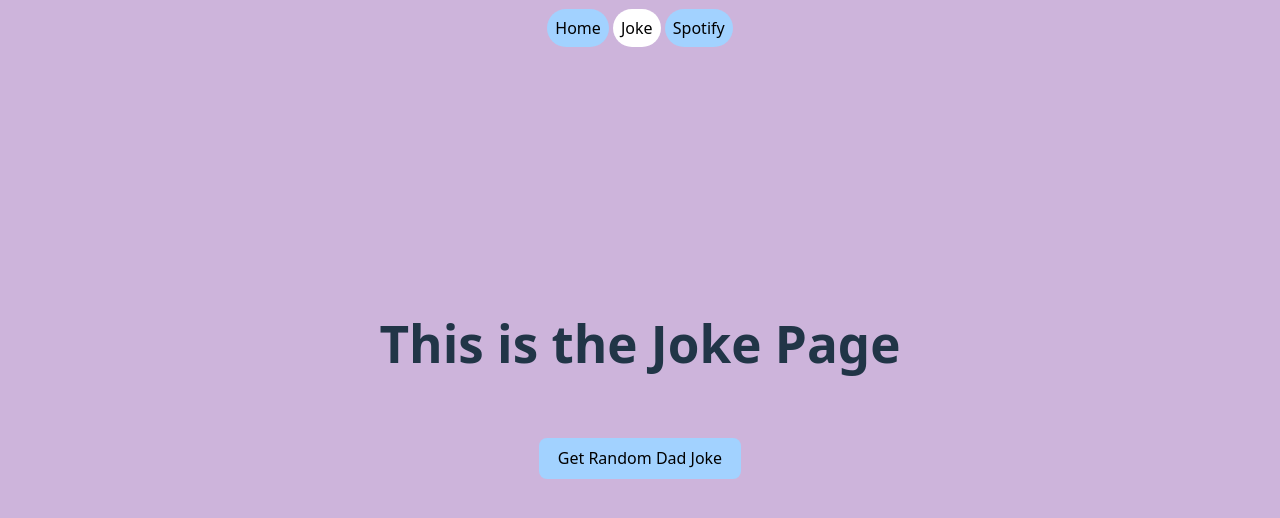
Repository: rosieomusic/spotify-react
Page: /joke
These files come from the project's save history. The page is drawn as it stood at one moment and after the next save; the edit follows.
The browser window is 1280 px wide. The pictures show the whole page.
The page's requests for data from a server got no answer. The project was rebuilt for these pictures with package versions that can differ from the ones it lists, and the page was loaded fresh each time. No one was signed in, and anything a server would have sent is missing. Also part of the build but not shown: vite.config.js, src/pages/HomePage.jsx, src/services/SpotifyService.js, src/components/AlbumComponent.jsx, src/pages/SpotifyPage.jsx.

Above is the page before, as saved 2025-05-09 19:21:06.

### index.html
<!DOCTYPE html>
<html lang="en">
	<head>
		<meta charset="UTF-8" />
		<link
			rel="icon"
			type="image/svg+xml"
			href="/vite.svg"
		/>
		<meta
			name="viewport"
			content="width=device-width, initial-scale=1.0"
		/>
		<title>Joke and Spotify API</title>
	</head>
	<body>
		<div id="root"></div>
		<script
			type="module"
			src="/src/main.jsx"
		></script>
	</body>
</html>

### src/index.css
:root {
	font-family: system-ui, Avenir, Helvetica, Arial, sans-serif;
	line-height: 1.5;
	font-weight: 400;

	color: black;
	background-color: white;

	font-synthesis: none;
	text-rendering: optimizeLegibility;
	-webkit-font-smoothing: antialiased;
	-moz-osx-font-smoothing: grayscale;
}

a {
	font-weight: 500;
	color: #646cff;
	text-decoration: inherit;
}
a:hover {
	color: #535bf2;
}

h1 {
	font-size: 3.2em;
	line-height: 1.1;
}

button {
	border-radius: 8px;
	border: 1px solid black;
	padding: 0.6em 1.2em;
	font-size: 1em;
	font-weight: 500;
	font-family: inherit;
	background-color: white;
	cursor: pointer;
	transition: border-color 0.25s;
}
button:hover {
	border-color: #646cff;
}
button:focus,
button:focus-visible {
	outline: 4px auto -webkit-focus-ring-color;
}

@media (prefers-color-scheme: light) {
	:root {
		color: #213547;
		background-color: #ffffff;
	}
	a:hover {
		color: #747bff;
	}
	button {
		background-color: #f9f9f9;
	}
}

### src/App.jsx
import './App.css';
import { BrowserRouter, Routes, Link, Route, NavLink } from 'react-router-dom';
import HomePage from './pages/HomePage';
import SpotifyPage from './pages/SpotifyPage';
import JokePage from './pages/JokePage';

function App() {
	return (
		<BrowserRouter>
			<div id='app-container'>
				<nav>
					<NavLink
						to='/'
						className={({ isActive }) =>
							isActive ? 'nav-link active' : 'nav-link'
						}
					>
						Home
					</NavLink>{' '}
					<NavLink
						to='/joke'
						className={({ isActive }) =>
							isActive ? 'nav-link active' : 'nav-link'
						}
					>
						Joke
					</NavLink>{' '}
					<NavLink
						to='/spotify'
						className={({ isActive }) =>
							isActive ? 'nav-link active' : 'nav-link'
						}
					>
						Spotify
					</NavLink>
				</nav>

				<main>
					<Routes>
						<Route
							path='/'
							element={<HomePage />}
						/>
						<Route
							path='/joke'
							element={<JokePage />}
						/>
						<Route
							path='/spotify'
							element={<SpotifyPage />}
						/>
					</Routes>
				</main>
			</div>
		</BrowserRouter>
	);
}

export default App;

### src/App.css
html,
body {
	height: 100%;
	margin: 0;
	padding: 0;
}
#app-container {
	display: flex;
	flex-direction: column;
	min-height: 100dvh;
}

#root {
	max-width: 1280px;
	margin: 0;
	height: 100dvh;
	display: flex;
	justify-content: center;
	align-items: center;
	text-align: center;
}
body {
	background-color: #cdb4db;
}

button {
	background-color: #a2d2ff;
	border: none;
}
h1,
p {
	justify-self: center;
	text-align: center;
	align-self: center;
}

nav {
	text-align: center;
	margin-top: 1rem;
}
a {
	text-decoration: none;
	color: black;
	background-color: #a2d2ff;
	border-radius: 30px;
	padding: 0.5em;
}
.nav-link.active {
	text-decoration: none;
	background-color: white;
	color: black;
}
.nav-link:hover {
	text-decoration: none;
	color: #a2d2ff;
	background-color: black;
}
main {
	flex-grow: 1;
	display: flex;
	flex-direction: column;
	justify-content: center;
	align-items: center;
	text-align: center;
	padding: 1rem;
}

### src/pages/JokePage.jsx
import React from 'react';
import JokeService from '../services/JokeService.js';
import { useEffect, useState } from 'react';

function JokePage() {
	const [joke, setJoke] = useState(null);

	function getJoke() {
		JokeService.getRandomJoke().then((response) => {
			//console.log(response);
			setJoke(response.data);
		});
	}
	useEffect(() => {
		getJoke();
	}, []); //empty array means call on initialization

	return (
		<>
			<h1>This is the Joke Page</h1>
			<p>{joke} </p>
			<button onClick={getJoke}>Get Random Dad Joke</button>
		</>
	);
}

export default JokePage;

### src/services/JokeService.js
import axios from 'axios';

const http = axios.create({
	baseURL: 'https://icanhazdadjoke.com',
});

const header = {
	headers: {
		Accept: 'text/plain',
	},
};

export default {
	getRandomJoke() {
		return http.get('', header);
	},
};

Loaded but not shown: src/main.jsx (common file)

After the next save:
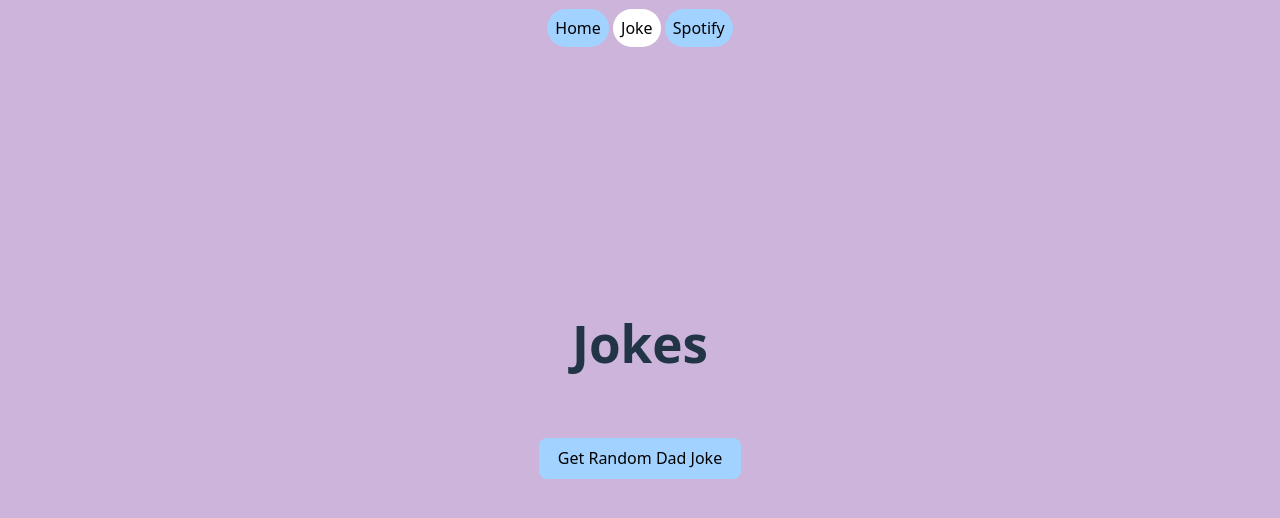
Saved 28 s later.
--- a/src/pages/JokePage.jsx
+++ b/src/pages/JokePage.jsx
@@ -17,7 +17,7 @@
 
 	return (
 		<>
-			<h1>This is the Joke Page</h1>
+			<h1>Jokes</h1>
 			<p>{joke} </p>
 			<button onClick={getJoke}>Get Random Dad Joke</button>
 		</>
